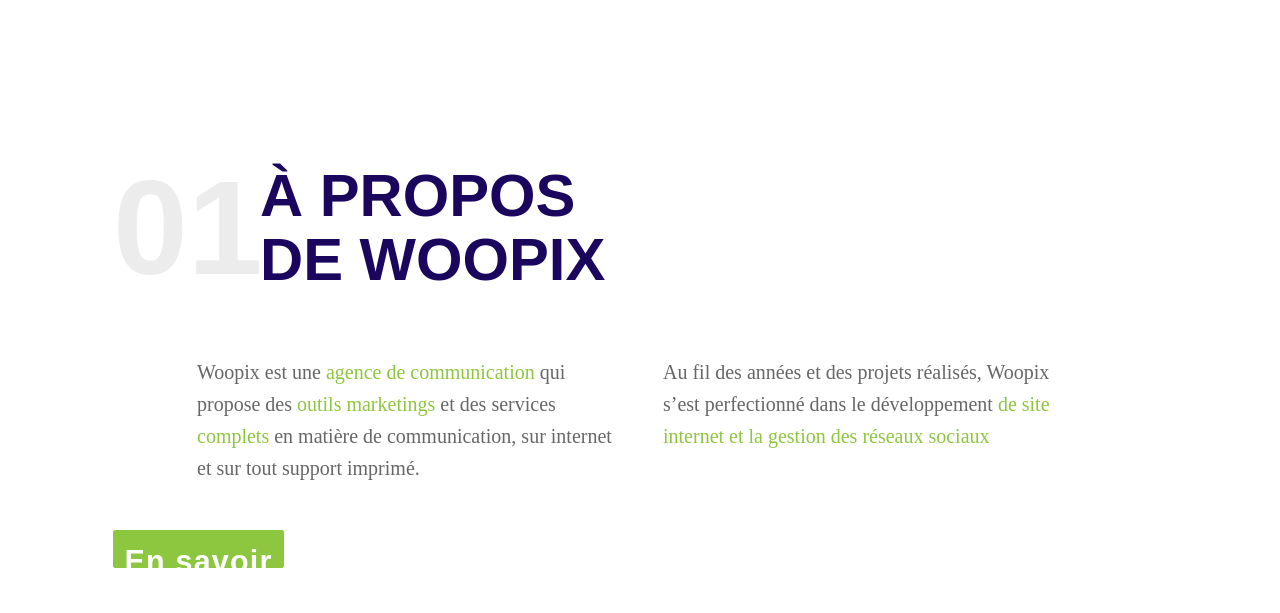
Repository: keloriane/woopix
Page: /about
The author's editor kept a copy of each file at every save. The page is drawn from the files as they stood at one save, then again after the next save.
The browser window is 1280 px wide. The pictures show the whole page.
The project was rebuilt for these pictures with package versions that can differ from the ones it lists, and the page was loaded fresh each time. Also part of the build but not shown: src/pages/Services/components/ServiceItem.js, src/pages/Services/components/ServiceOption.js, src/pages/Services/index.js, src/pages/Home.js.

Above is the page before, as saved 2020-09-24 13:04:42.

After the next save:
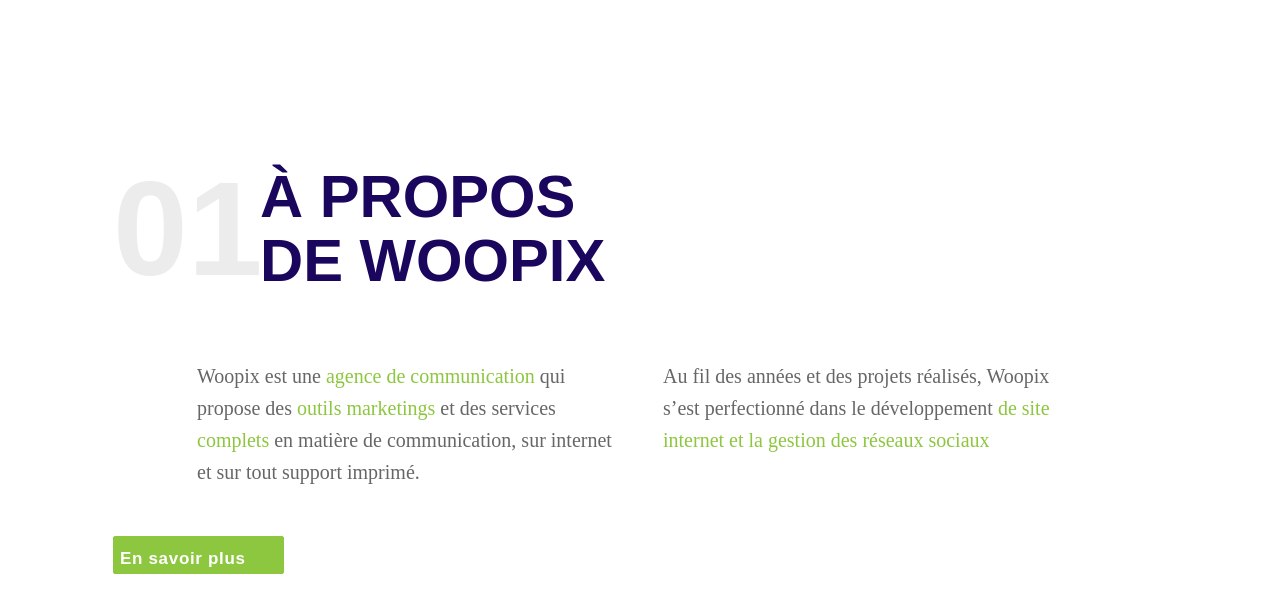
Saved 23 s later.
--- a/src/pages/About/index.js
+++ b/src/pages/About/index.js
@@ -252,6 +252,11 @@
             button {
               width: 171px;
               height: 38px;
+              a {
+                font-weight: 600;
+                font-size: 17px;
+                line-height: 22px;
+              }
             }
           }
         }
